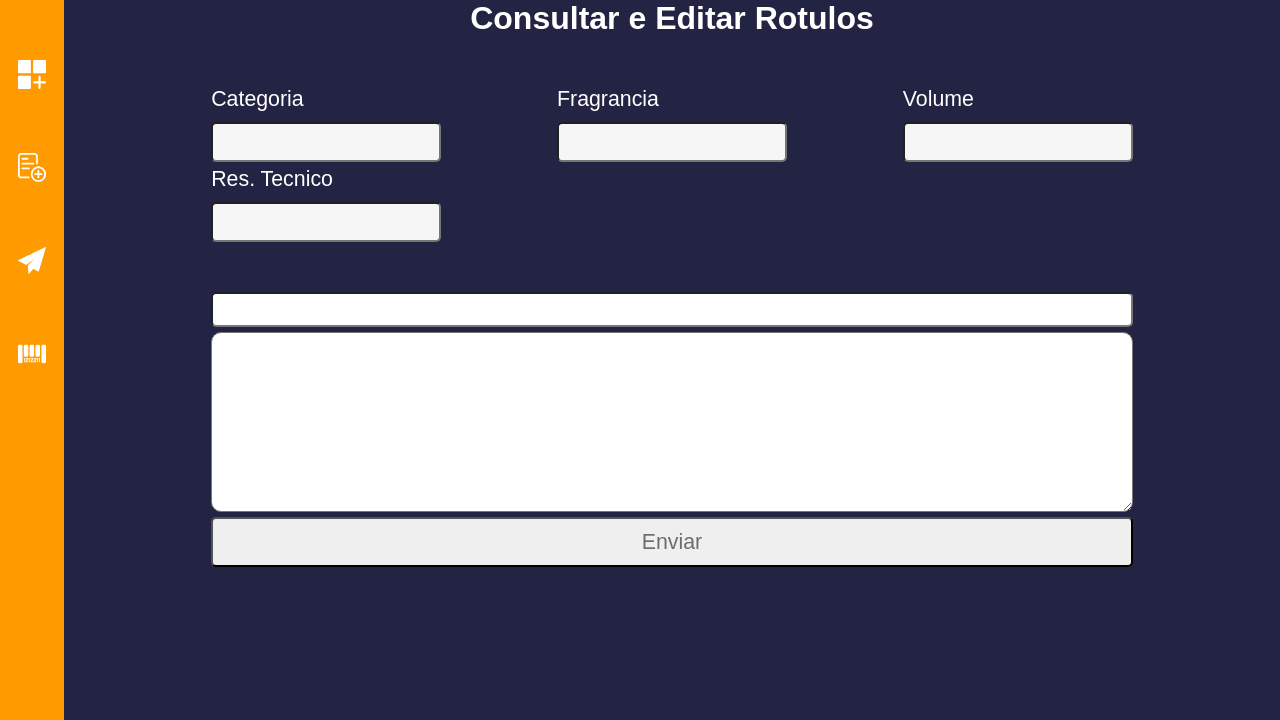
Repository: jeanjanrley/Organizador-de-rotulos
Page: /consultar
The author's editor kept a copy of each file at every save. The page is drawn from the files as they stood at one save, then again after a run of saves.
The browser window is 1280 px wide. The pictures show the whole page.
The project was rebuilt for these pictures with package versions that can differ from the ones it lists, and the page was loaded fresh each time. Also part of the build but not shown: src/pages/home/Home.js.

Above is the page before, as saved 2021-06-26 15:53:29.

After the next 11 saves:
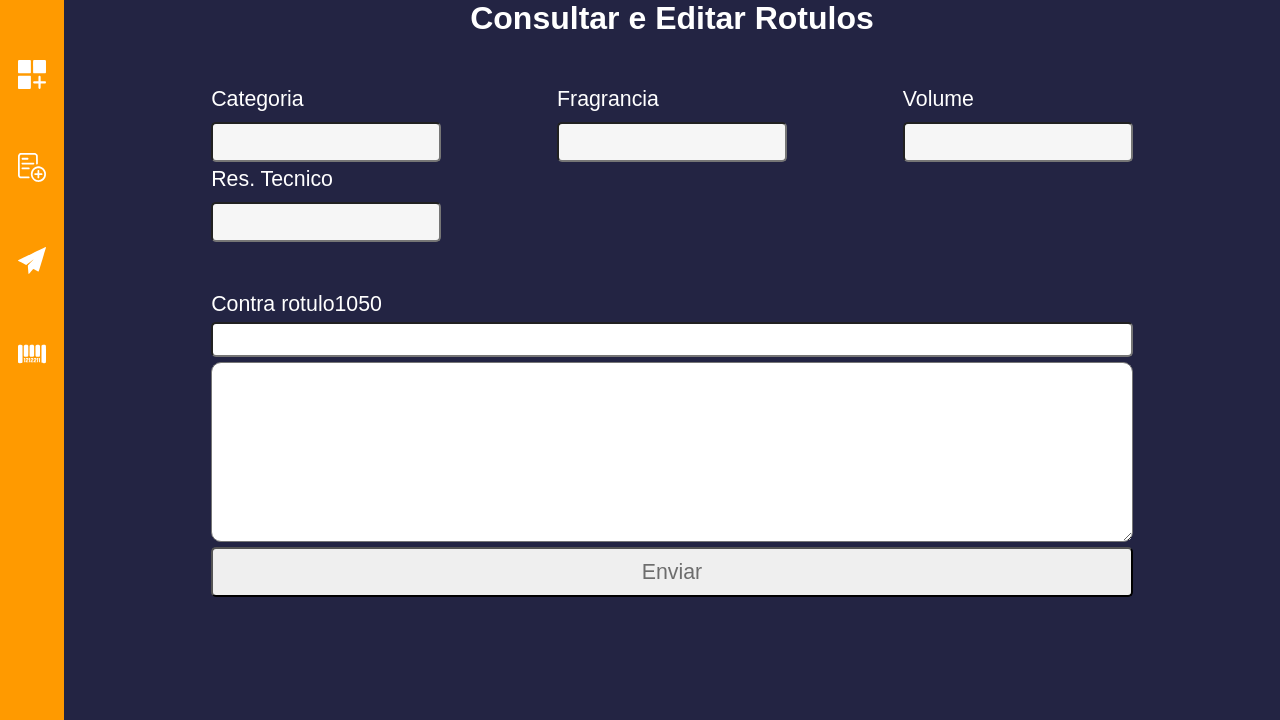
The 11 saves are shown as one change because they came seconds apart.
The last was saved 26 s later.
--- a/src/pages/consultar/index.js
+++ b/src/pages/consultar/index.js
@@ -20,7 +20,10 @@ export default function Home(){
                 </div>
 
                 <div className="contra-rotulo">
-
+                    <div>
+                        <span>Contra rotulo</span>
+                        <span>{50+1000}</span>
+                    </div>
                     <input list="contra-rotulos" className="filter-rotulo"/>
 
                     <datalist id='contra-rotulos'>
